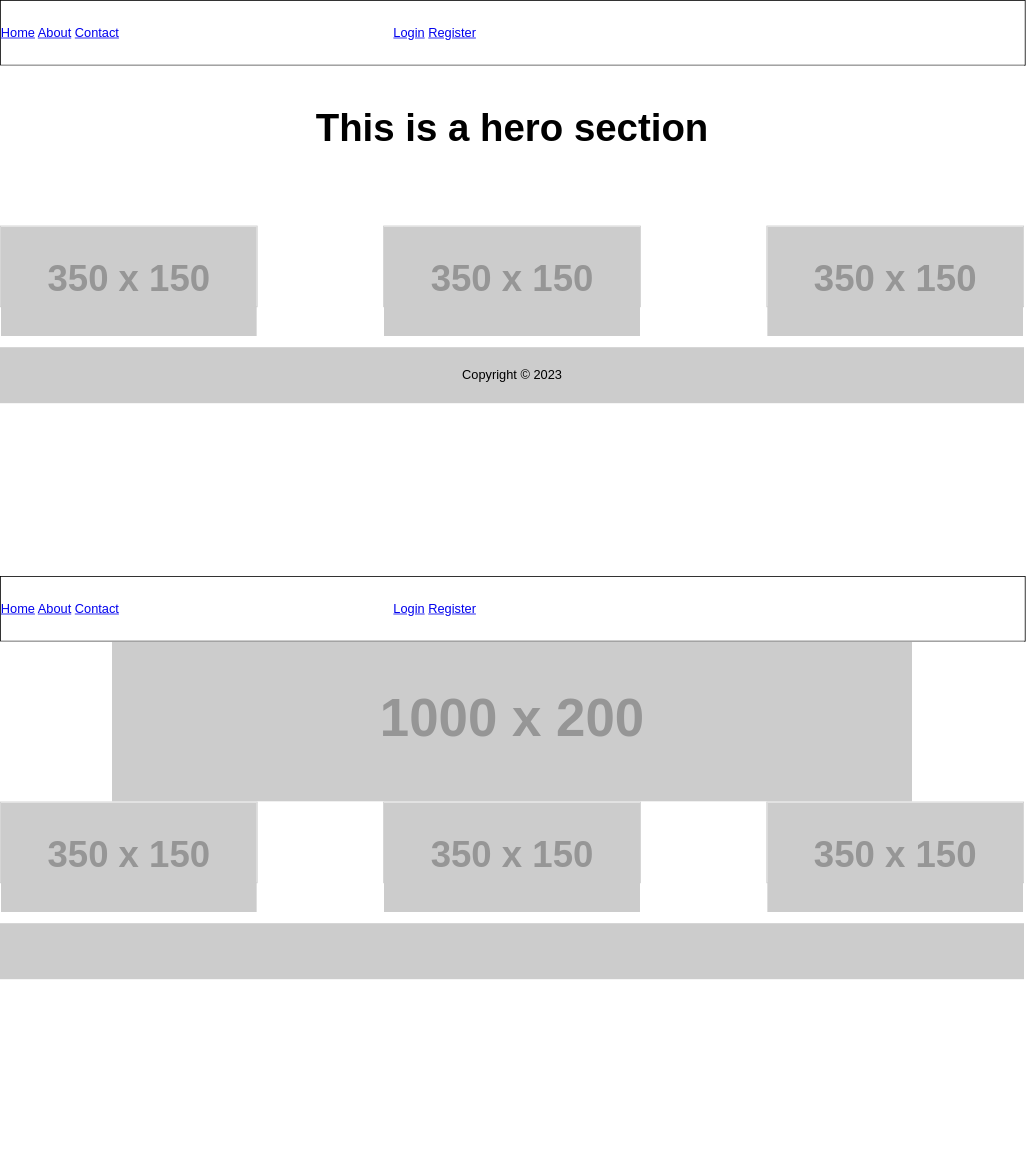
Repository: punitbathija/Placement-Assitance-iNeuron
Page: responsive-web-design.html
An editor plug-in stored every save of this project. The page is shown before and after the next save, followed by the edit.
The browser window is 1280 px wide. The page is 1282 px wide, so the pictures cover 1282 px, including what lies to the right of the window. The pictures show the whole page, at 80% of full size.

Above is the page before, as saved 2023-05-23 15:17:21.

After the next save:
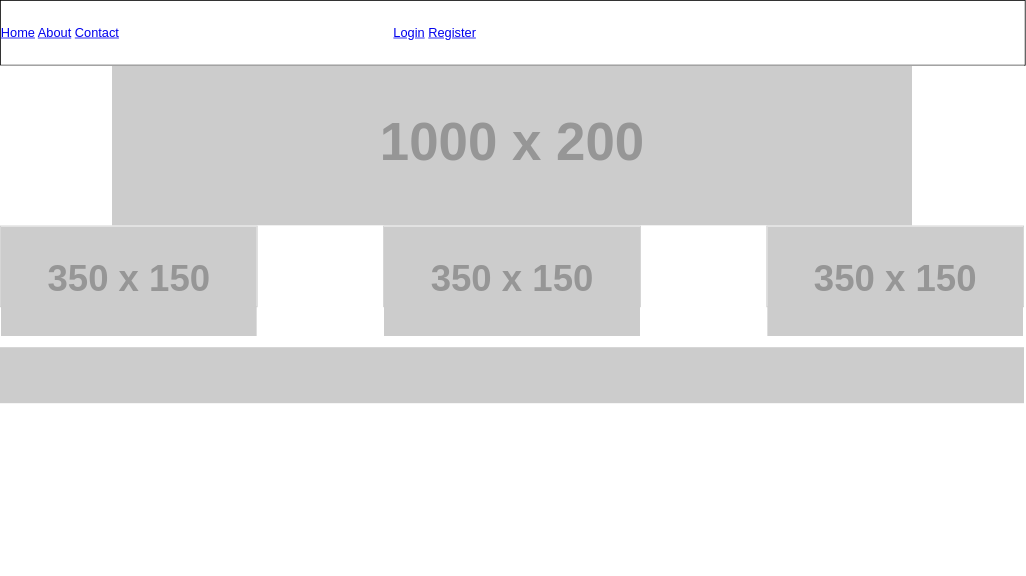
Saved 24 s later.
--- a/responsive-web-design.html
+++ b/responsive-web-design.html
@@ -1,124 +1,3 @@
-<!-- <!DOCTYPE html>
-<html lang="en">
-  <head>
-    <meta charset="UTF-8" />
-    <meta http-equiv="X-UA-Compatible" content="IE=edge" />
-    <meta name="viewport" content="width=device-width, initial-scale=1.0" />
-    <title>Document</title>
-  </head>
-  <link rel="stylesheet" href="responsive-web-design.css" />
-  <body>
-    <main class="main">
-      <nav class="nav">
-        <div class="left"></div>
-        <div class="right"></div>
-      </nav>
-      <section class="hero"></section>
-      <section class="slidebar">
-        <img class="image" />
-        <img class="image" />
-        <img class="image" />
-      </section>
-    </main>
-  </body>
-</html> -->
-<!DOCTYPE html>
-<html>
-  <head>
-    <title>Responsive Design Layout with Flexbox</title>
-    <style>
-      body {
-        margin: 0;
-        padding: 0;
-        font-family: sans-serif;
-      }
-
-      .container {
-        display: flex;
-        flex-direction: column;
-        min-height: 100vh;
-      }
-
-      .nav {
-        display: flex;
-        justify-content: space-between;
-        align-items: center;
-        width: 100%;
-      }
-
-      .nav-left {
-        flex-grow: 1;
-      }
-
-      .nav-right {
-        flex-grow: 0;
-      }
-
-      .hero {
-        background-color: #fff;
-        height: 200px;
-        text-align: center;
-      }
-
-      .hero-text {
-        font-size: 3em;
-        margin-top: 50px;
-      }
-
-      .slider {
-        display: flex;
-        flex-wrap: wrap;
-        justify-content: space-between;
-        margin-bottom: 50px;
-      }
-
-      .slider-item {
-        width: 25%;
-        height: 100px;
-        border: 1px solid #ccc;
-      }
-
-      .footer {
-        background-color: #ccc;
-        height: 50px;
-        text-align: center;
-        padding: 10px;
-      }
-    </style>
-  </head>
-  <body>
-    <div class="container">
-      <div class="nav">
-        <div class="nav-left">
-          <a href="#">Home</a>
-          <a href="#">About</a>
-          <a href="#">Contact</a>
-        </div>
-        <div class="nav-right">
-          <a href="#">Login</a>
-          <a href="#">Register</a>
-        </div>
-      </div>
-      <div class="hero">
-        <h1 class="hero-text">This is a hero section</h1>
-      </div>
-      <div class="slider">
-        <div class="slider-item">
-          <img src="https://via.placeholder.com/350x150" alt="Image 1" />
-        </div>
-        <div class="slider-item">
-          <img src="https://via.placeholder.com/350x150" alt="Image 2" />
-        </div>
-        <div class="slider-item">
-          <img src="https://via.placeholder.com/350x150" alt="Image 3" />
-        </div>
-      </div>
-      <div class="footer">
-        <p>Copyright &copy; 2023</p>
-      </div>
-    </div>
-  </body>
-</html>
 <!DOCTYPE html>
 <html>
   <head>
